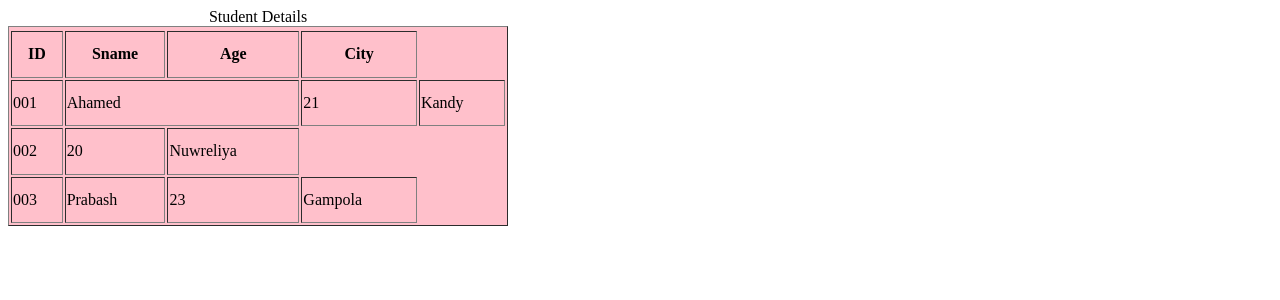
Repository: Haakim19/WebDevelopment
Page: new.html
These files come from the project's save history. The page is drawn as it stood at one moment and after the next save; the edit follows.
The browser window is 1280 px wide. The pictures show the whole page.

Above is the page before, as saved 2024-10-10 14:32:32.

After the next save:
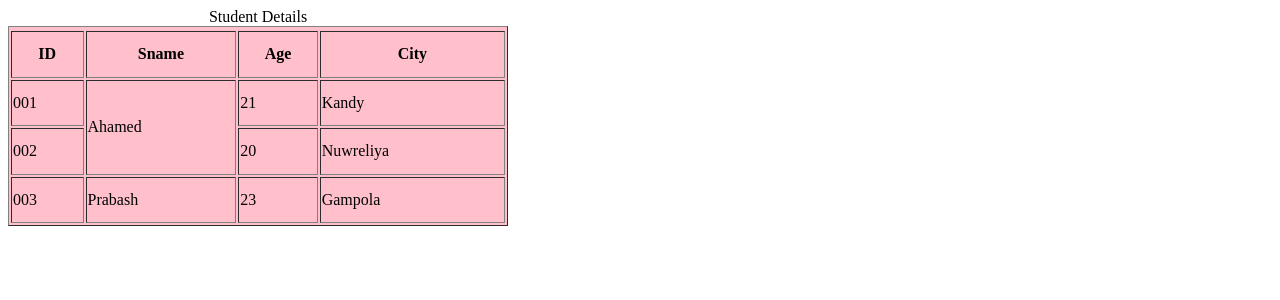
Saved 13 s later.
--- a/new.html
+++ b/new.html
@@ -21,7 +21,7 @@
 			</tr>
 			<tr class="row-data">
 				<td>001</td>
-				<td colspan="2">Ahamed</td>
+				<td rowspan="2">Ahamed</td>
 				<td>21</td>
 				<td>Kandy</td>
 			</tr>
